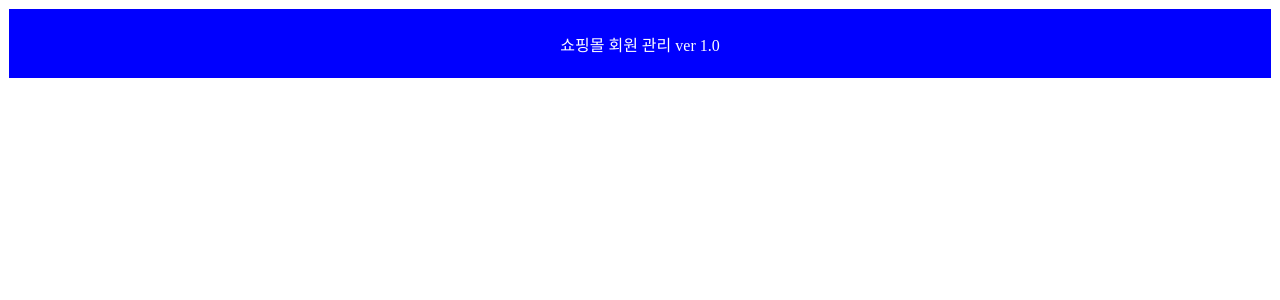
Repository: choigobin/Programming
Page: http://localhost/HRD1118/
The author's editor kept a copy of each file at every save. The page is drawn from the files as they stood at one save, then again after the next save.
The browser window is 1280 px wide. The pictures show the whole page.
The page is served by Tomcat 9.

Above is the page before, as saved 2019-11-18 02:49:28.

After the next save:
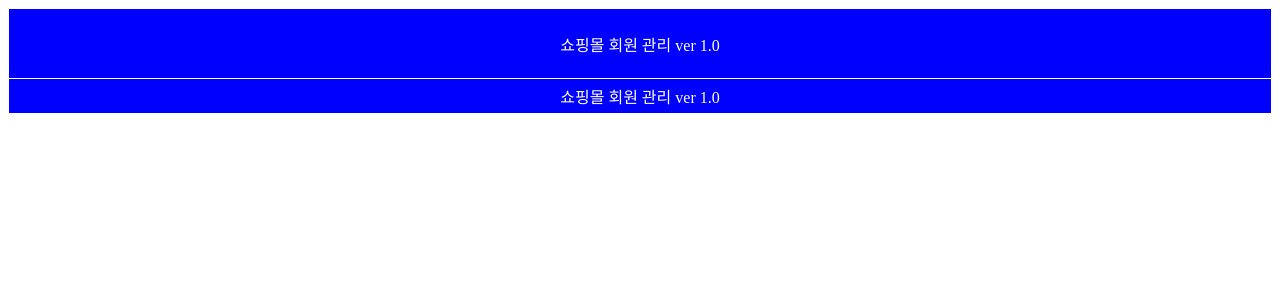
Saved 31 s later.
--- a/YangJung/workspace/HRD1118/WebContent/nav.jsp
+++ b/YangJung/workspace/HRD1118/WebContent/nav.jsp
@@ -1,7 +1,7 @@
 <%@ page language="java" contentType="text/html; charset=UTF-8"
     pageEncoding="UTF-8"%>
 <tr height="5%">
-<td>
-
+<td bgcolor="blue" align="center">
+<span style="color: white; font-size:'20px';">쇼핑몰 회원 관리 ver 1.0</span>
 </td>
 </tr>
